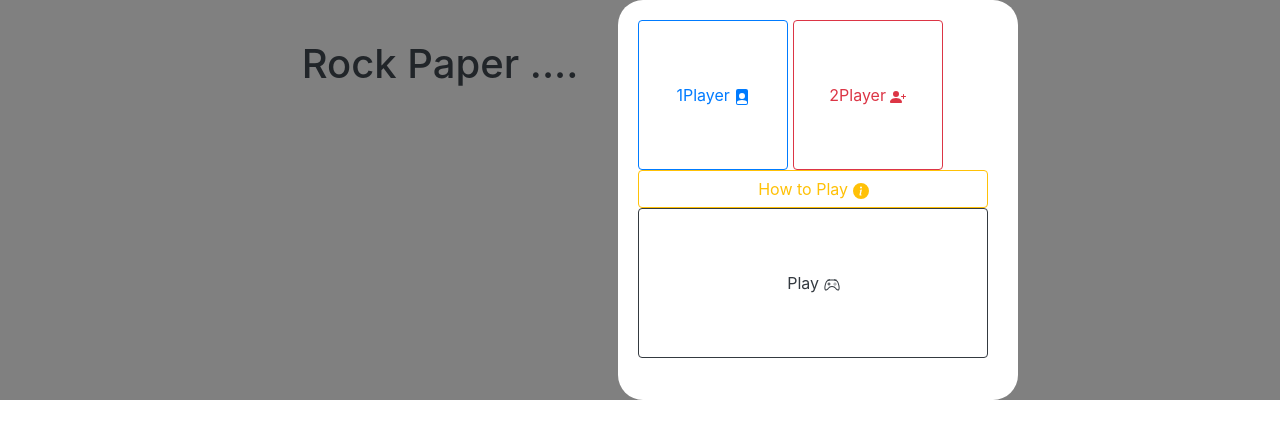
Repository: hossamsulleman1/Colllege-rock-paper-game
Page: index.html
These files come from the project's save history. The page is drawn as it stood at one moment and after the next save; the edit follows.
The browser window is 1280 px wide. The pictures show the whole page.

Above is the page before, as saved 2020-09-15 10:48:28.
Console error: SyntaxError: Unexpected token '<'

### index.html
<!DOCTYPE html>
<html lang="en">
<head>
    <script src="index.js"></script>
    <link rel="stylesheet" href="index.css">

    <meta charset="UTF-8">
    <meta name="viewport" content="width=device-width, initial-scale=1.0">
    <title>Rock Paper...</title>
</head>
<body>
   <div class="wall">
      <h1 style="padding: 40px; text-align: center;">Rock Paper .... </h1>
    <div class="mainCard">
<button style="height: 150px; width: 150px; padding: 20px;" class="btn btn-outline-primary">
    1Player
    <svg width="1em" height="1em" viewBox="0 0 16 16" class="bi bi-file-person-fill" fill="currentColor" xmlns="http://www.w3.org/2000/svg">
        <path fill-rule="evenodd" d="M12 0H4a2 2 0 0 0-2 2v12a2 2 0 0 0 2 2h8a2 2 0 0 0 2-2V2a2 2 0 0 0-2-2zm-1 7a3 3 0 1 1-6 0 3 3 0 0 1 6 0zm-3 4c2.623 0 4.146.826 5 1.755V14a1 1 0 0 1-1 1H4a1 1 0 0 1-1-1v-1.245C3.854 11.825 5.377 11 8 11z"/>
      </svg>
</button>
<button style="height: 150px; width: 150px; padding: 20px;"class="btn btn-outline-danger">
    2Player
    <svg width="1em" height="1em" viewBox="0 0 16 16" class="bi bi-person-plus-fill" fill="currentColor" xmlns="http://www.w3.org/2000/svg">
        <path fill-rule="evenodd" d="M1 14s-1 0-1-1 1-4 6-4 6 3 6 4-1 1-1 1H1zm5-6a3 3 0 1 0 0-6 3 3 0 0 0 0 6zm7.5-3a.5.5 0 0 1 .5.5V7h1.5a.5.5 0 0 1 0 1H14v1.5a.5.5 0 0 1-1 0V8h-1.5a.5.5 0 0 1 0-1H13V5.5a.5.5 0 0 1 .5-.5z"/>
      </svg>
</button>
<br>
<button style="width: 350px;" class="btn btn-outline-warning" onclick="howToPlay()">
    How to Play
    <svg width="1em" height="1em" viewBox="0 0 16 16" class="bi bi-info-circle-fill" fill="currentColor" xmlns="http://www.w3.org/2000/svg">
        <path fill-rule="evenodd" d="M8 16A8 8 0 1 0 8 0a8 8 0 0 0 0 16zm.93-9.412l-2.29.287-.082.38.45.083c.294.07.352.176.288.469l-.738 3.468c-.194.897.105 1.319.808 1.319.545 0 1.178-.252 1.465-.598l.088-.416c-.2.176-.492.246-.686.246-.275 0-.375-.193-.304-.533L8.93 6.588zM8 5.5a1 1 0 1 0 0-2 1 1 0 0 0 0 2z"/>
      </svg>
</button>
<br>
<button style="width: 350px; height: 150px;" class="btn btn-outline-dark" onclick="goToGame()">
    Play
    <svg width="1em" height="1em" viewBox="0 0 16 16" class="bi bi-controller" fill="currentColor" xmlns="http://www.w3.org/2000/svg">
        <path fill-rule="evenodd" d="M11.119 2.693c.904.19 1.75.495 2.235.98.407.408.779 1.05 1.094 1.772.32.733.599 1.591.805 2.466.206.875.34 1.78.364 2.606.024.815-.059 1.602-.328 2.21a1.42 1.42 0 0 1-1.445.83c-.636-.067-1.115-.394-1.513-.773a11.307 11.307 0 0 1-.739-.809c-.126-.147-.25-.291-.368-.422-.728-.804-1.597-1.527-3.224-1.527-1.627 0-2.496.723-3.224 1.527-.119.131-.242.275-.368.422-.243.283-.494.576-.739.81-.398.378-.877.705-1.513.772a1.42 1.42 0 0 1-1.445-.83c-.27-.608-.352-1.395-.329-2.21.024-.826.16-1.73.365-2.606.206-.875.486-1.733.805-2.466.315-.722.687-1.364 1.094-1.772.486-.485 1.331-.79 2.235-.98.932-.196 2.03-.292 3.119-.292 1.089 0 2.187.096 3.119.292zm-6.032.979c-.877.185-1.469.443-1.733.708-.276.276-.587.783-.885 1.465a13.748 13.748 0 0 0-.748 2.295 12.351 12.351 0 0 0-.339 2.406c-.022.755.062 1.368.243 1.776a.42.42 0 0 0 .426.24c.327-.034.61-.199.929-.502.212-.202.4-.423.615-.674.133-.156.276-.323.44-.505C4.861 9.97 5.978 9.026 8 9.026s3.139.943 3.965 1.855c.164.182.307.35.44.505.214.25.403.472.615.674.318.303.601.468.929.503a.42.42 0 0 0 .426-.241c.18-.408.265-1.02.243-1.776a12.354 12.354 0 0 0-.339-2.406 13.753 13.753 0 0 0-.748-2.295c-.298-.682-.61-1.19-.885-1.465-.264-.265-.856-.523-1.733-.708-.85-.179-1.877-.27-2.913-.27-1.036 0-2.063.091-2.913.27z"/>
        <path d="M11.5 6.026a.5.5 0 1 1-1 0 .5.5 0 0 1 1 0zm-1 1a.5.5 0 1 1-1 0 .5.5 0 0 1 1 0zm2 0a.5.5 0 1 1-1 0 .5.5 0 0 1 1 0zm-1 1a.5.5 0 1 1-1 0 .5.5 0 0 1 1 0zm-7-2.5h1v3h-1v-3z"/>
        <path d="M3.5 6.526h3v1h-3v-1zM3.051 3.26a.5.5 0 0 1 .354-.613l1.932-.518a.5.5 0 0 1 .258.966l-1.932.518a.5.5 0 0 1-.612-.354zm9.976 0a.5.5 0 0 0-.353-.613l-1.932-.518a.5.5 0 1 0-.259.966l1.932.518a.5.5 0 0 0 .612-.354z"/>
      </svg>
</button>

</div>

   </div>


<!-- scripts -->
<!-- CSS only -->
<link rel="stylesheet" href="https://stackpath.bootstrapcdn.com/bootstrap/4.5.2/css/bootstrap.min.css" integrity="sha384-JcKb8q3iqJ61gNV9KGb8thSsNjpSL0n8PARn9HuZOnIxN0hoP+VmmDGMN5t9UJ0Z" crossorigin="anonymous">

<!-- JS, Popper.js, and jQuery -->
<script src="https://code.jquery.com/jquery-3.5.1.slim.min.js" integrity="sha384-DfXdz2htPH0lsSSs5nCTpuj/zy4C+OGpamoFVy38MVBnE+IbbVYUew+OrCXaRkfj" crossorigin="anonymous"></script>
<script src="https://cdn.jsdelivr.net/npm/popper.js@1.16.1/dist/umd/popper.min.js" integrity="sha384-9/reFTGAW83EW2RDu2S0VKaIzap3H66lZH81PoYlFhbGU+6BZp6G7niu735Sk7lN" crossorigin="anonymous"></script>
<script src="https://stackpath.bootstrapcdn.com/bootstrap/4.5.2/js/bootstrap.min.js" integrity="sha384-B4gt1jrGC7Jh4AgTPSdUtOBvfO8shuf57BaghqFfPlYxofvL8/KUEfYiJOMMV+rV" crossorigin="anonymous"></script>

</body>
</html>

### index.js
var randomNumber = null;
var P1Selection = null;
var P2Selection = null;
var compSelection = null;
var compSelectionSVG = null;
var outcome = null;

const Rock = 1;
const Paper = 2;
const Scissors = 3;

function randomNumberGen() {
   randomNumber = Math.ceil(Math.random() * 3);
compSelection = randomNumber;
console.log(compSelection + "comp Selection");
}

function howToPlay(){
 alert("click either rock paper or ... and confirm your selection once this is completed the second user will be able to place their selection then rumble!");
}


function compSelectionSvg() {
    if (compSelection = 1 ) {
        document.getElementById("mainCard").innerHTML =
        <div>
   <h1>Rocky Bot Chose</h1>
        <svg width="1em" height="1em" viewBox="0 0 16 16" class="bi bi-award-fill" fill="currentColor" xmlns="http://www.w3.org/2000/svg">
  <path d="M8 0l1.669.864 1.858.282.842 1.68 1.337 1.32L13.4 6l.306 1.854-1.337 1.32-.842 1.68-1.858.282L8 12l-1.669-.864-1.858-.282-.842-1.68-1.337-1.32L2.6 6l-.306-1.854 1.337-1.32.842-1.68L6.331.864 8 0z"/>
  <path d="M4 11.794V16l4-1 4 1v-4.206l-2.018.306L8 13.126 6.018 12.1 4 11.794z"/>
</svg>
        <p>you......</p>
        <h1 id="Win/Lose"></h1>
        </div>

        ;

    }
    if (compSelection = 2 ) {
        document.getElementById("mainCard").innerHTML =
        <div>
    <h1>Rocky Bot Chose</h1>
        <svg width="1em" height="1em" viewBox="0 0 16 16" class="bi bi-box-seam" fill="currentColor" xmlns="http://www.w3.org/2000/svg">
  <path fill-rule="evenodd" d="M8.186 1.113a.5.5 0 0 0-.372 0L1.846 3.5l2.404.961L10.404 2l-2.218-.887zm3.564 1.426L5.596 5 8 5.961 14.154 3.5l-2.404-.961zm3.25 1.7l-6.5 2.6v7.922l6.5-2.6V4.24zM7.5 14.762V6.838L1 4.239v7.923l6.5 2.6zM7.443.184a1.5 1.5 0 0 1 1.114 0l7.129 2.852A.5.5 0 0 1 16 3.5v8.662a1 1 0 0 1-.629.928l-7.185 2.874a.5.5 0 0 1-.372 0L.63 13.09a1 1 0 0 1-.63-.928V3.5a.5.5 0 0 1 .314-.464L7.443.184z"/>
</svg>

        <p>you......</p>
        <h1 id="Win/Lose"></h1>
        </div>

        ;

    }
    if (compSelection = 3 ) {
        document.getElementById("mainCard").innerHTML =
        <div>
        <h1>Rocky Bot Chose</h1>
        <svg width="1em" height="1em" viewBox="0 0 16 16" class="bi bi-scissors" fill="currentColor" xmlns="http://www.w3.org/2000/svg">
  <path fill-rule="evenodd" d="M3.5 3.5c-.614-.884-.074-1.962.858-2.5L8 7.226 11.642 1c.932.538 1.472 1.616.858 2.5L8.81 8.61l1.556 2.661a2.5 2.5 0 1 1-.794.637L8 9.73l-1.572 2.177a2.5 2.5 0 1 1-.794-.637L7.19 8.61 3.5 3.5zm2.5 10a1.5 1.5 0 1 1-3 0 1.5 1.5 0 0 1 3 0zm7 0a1.5 1.5 0 1 1-3 0 1.5 1.5 0 0 1 3 0z"/>
</svg>
        <p>you......</p>
        <h1 id="Win/Lose"></h1>
        </div>

        ;

    }
    Calculation()
document.getElementById("Win/Loss").innerText = outcome;

}

function itemHierarchy(){



}

function goToGame() {
    window.location.replace("game.html");
}


function RockP1() {
    P1Selection = Rock
    console.log(P1Selection)
}

function PaperP1(){
    P1Selection = Paper
    console.log(P1Selection)
}

function  ScissorsP1() {
    P1Selection = Scissors
    console.log(P1Selection)
}

function Calculation() {

}

### index.css
.mainCard {
    border-radius: 25px;
    background: white;
    padding: 20px;
    width: 400px;
    height: 400px;


}

.wall {
    background-color: grey;
    display: flex;
    justify-content: center;
    height: auto;
    width: auto;
}

After the next save:
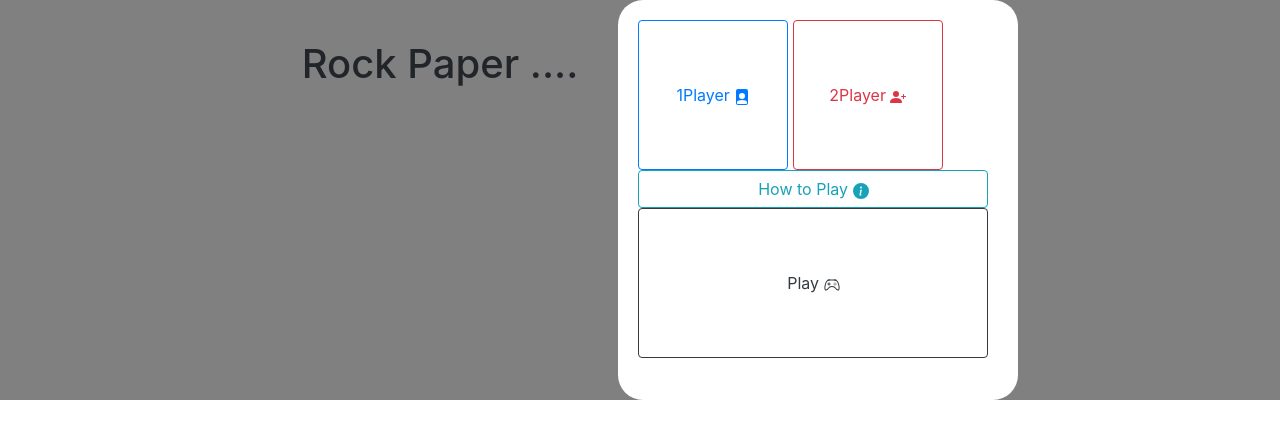
Saved 52 s later.
--- a/index.html
+++ b/index.html
@@ -25,7 +25,7 @@
       </svg>
 </button>
 <br>
-<button style="width: 350px;" class="btn btn-outline-warning" onclick="howToPlay()">
+<button style="width: 350px;" class="btn btn-outline-info" onclick="howToPlay()">
     How to Play
     <svg width="1em" height="1em" viewBox="0 0 16 16" class="bi bi-info-circle-fill" fill="currentColor" xmlns="http://www.w3.org/2000/svg">
         <path fill-rule="evenodd" d="M8 16A8 8 0 1 0 8 0a8 8 0 0 0 0 16zm.93-9.412l-2.29.287-.082.38.45.083c.294.07.352.176.288.469l-.738 3.468c-.194.897.105 1.319.808 1.319.545 0 1.178-.252 1.465-.598l.088-.416c-.2.176-.492.246-.686.246-.275 0-.375-.193-.304-.533L8.93 6.588zM8 5.5a1 1 0 1 0 0-2 1 1 0 0 0 0 2z"/>
